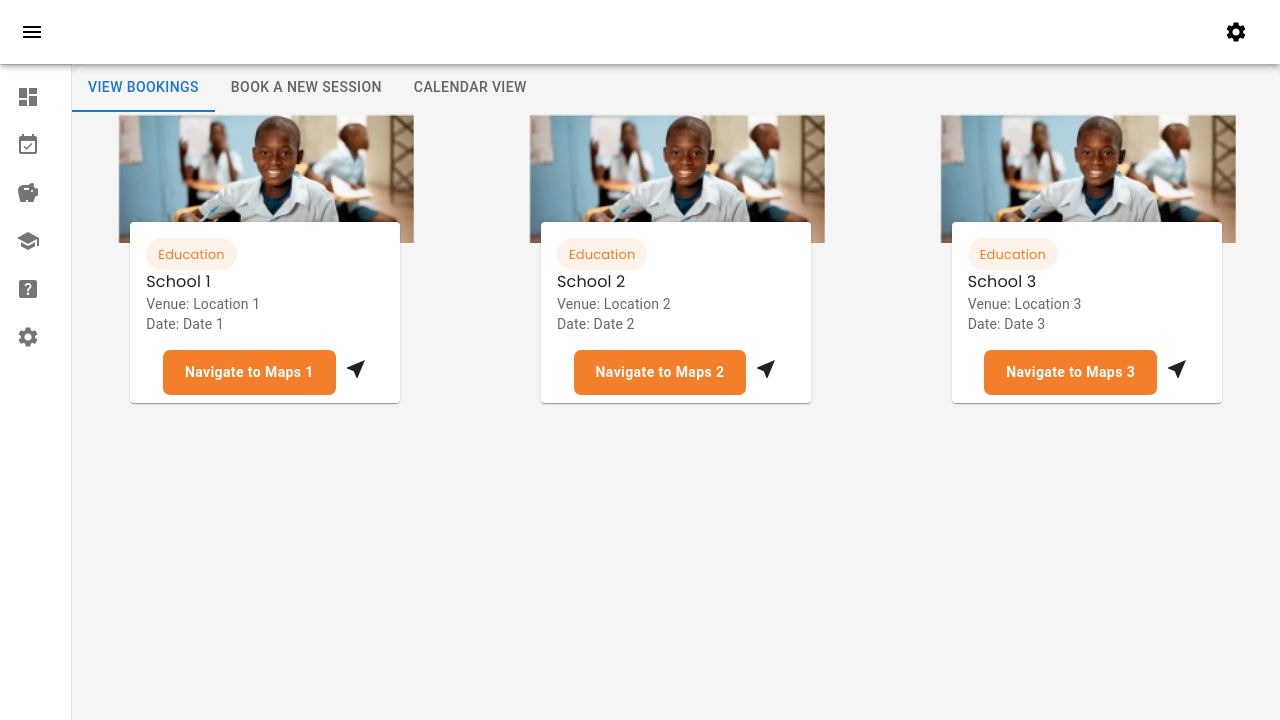
Repository: shubhampirate/Google_Solutions_Edural
Page: /bookings
An editor plug-in stored every save of this project. The page is shown before and after the next save, followed by the edit.
The browser window is 1280 px wide. The pictures show the whole page.
An inner scrolling area shows only its first screen. The project was rebuilt for these pictures with package versions that can differ from the ones it lists, and the page was loaded fresh each time. Some packages were replaced by stand-ins written for this rebuild. Also part of the build but not shown: src/Components/Navbar.jsx, src/Components/Footer.jsx, src/Components/CongratsCard.jsx, src/pages/Hero/Hero.jsx, src/pages/Dashboard/Dashboard.jsx, src/pages/Sign_in.jsx, src/pages/Bookings/LicenseCard.jsx.

Above is the page before, as saved 2024-02-04 18:33:39.

### src/index.js
import React from "react";
import ReactDOM from "react-dom/client";
import "./index.css";
import { GoogleOAuthProvider } from '@react-oauth/google';
import App from "./App";
import { BrowserRouter } from "react-router-dom";
const root = ReactDOM.createRoot(
    document.getElementById("root"));
root.render(
    <BrowserRouter>
<GoogleOAuthProvider clientId="730379698185-cv7a59sok9sod43v04ee6g6pt4gtaea2.apps.googleusercontent.com">
        {/* <React.StrictMode> */}
            <App />
        {/* </React.StrictMode> */}
    </GoogleOAuthProvider>
    </BrowserRouter>

);

### src/App.jsx
import Hero from "./pages/Hero/Hero";
import Dashboard from "./pages/Dashboard/Dashboard";
import Layout from "./Components/layout";
import SignIn from "./pages/Sign_in";
import Booking from "./pages/Bookings/bookings"
import {useState} from "react";
import { Route, Routes } from "react-router-dom";
function App() {
  return (
    <>
      {/* <Hero />   */}
      {/* <SignIn /> */}
      <Routes>
        <Route path="/signin" element={<><SignIn /></>} />
        <Route path="/dashboard" element={<Layout><Dashboard /></Layout>} />
        {/* <Route path="/education" element={<><Education /></>} /> */}
        <Route path="/bookings" element={<Layout><Booking /></Layout>} />
        {/* <Route path="/profile" element={<><Profile /></>} /> */}
        {/* <Route path="/finance" element={<><Finance /></>} /> */}
        {/* <Route path="/questions" element={<><Questions /></>} /> */}
        {/* <Route path="/retireaibot" element={<><Bot /></>} /> */}
        <Route path="/" element={<><Hero /></>} />
      </Routes>
         </>
  );
}

export default App;

### src/Components/layout.jsx
import React from 'react';
import { styled, createTheme, ThemeProvider } from '@mui/material/styles';
import CssBaseline from '@mui/material/CssBaseline';
import MuiDrawer from '@mui/material/Drawer';
import Box from '@mui/material/Box';
import MuiAppBar from '@mui/material/AppBar';
import Toolbar from '@mui/material/Toolbar';
import IconButton from '@mui/material/IconButton';
import MenuIcon from '@mui/icons-material/Menu';
import ChevronLeftIcon from '@mui/icons-material/ChevronLeft';
import { mainListItems } from './listItems';
import { List } from '@mui/material';
import Divider from '@mui/material/Divider';
import Badge from '@mui/material/Badge';
// import NotificationsIcon from '@mui/icons-material/Notifications';
import Typography from '@mui/material/Typography';
import SettingsIcon from '@mui/icons-material/Settings';
const drawerWidth = 240;

const AppBar = styled(MuiAppBar, {
  shouldForwardProp: (prop) => prop !== 'open',
})(({ theme, open }) => ({
  zIndex: theme.zIndex.drawer + 1,
  transition: theme.transitions.create(['width', 'margin'], {
    easing: theme.transitions.easing.sharp,
    duration: theme.transitions.duration.leavingScreen,
  }),
  ...(open && {
    marginLeft: drawerWidth,
    width: `calc(100% - ${drawerWidth}px)`,
    transition: theme.transitions.create(['width', 'margin'], {
      easing: theme.transitions.easing.sharp,
      duration: theme.transitions.duration.enteringScreen,
    }),
  }),
  backgroundColor: 'white', // Set background color to white
  color: 'black',
}));

const Drawer = styled(MuiDrawer, { shouldForwardProp: (prop) => prop !== 'open' })(
  ({ theme, open }) => ({
    '& .MuiDrawer-paper': {
      position: 'relative',
      whiteSpace: 'nowrap',
      width: drawerWidth,
      transition: theme.transitions.create('width', {
        easing: theme.transitions.easing.sharp,
        duration: theme.transitions.duration.enteringScreen,
      }),
      boxSizing: 'border-box',
      ...(!open && {
        overflowX: 'hidden',
        transition: theme.transitions.create('width', {
          easing: theme.transitions.easing.sharp,
          duration: theme.transitions.duration.leavingScreen,
        }),
        width: theme.spacing(7),
        [theme.breakpoints.up('sm')]: {
          width: theme.spacing(9),
        },
      }),
    },
  }),
);

const defaultTheme = createTheme();

const Layout = ({ children }) => {
  const [open, setOpen] = React.useState(false);

  const toggleDrawer = () => {
    setOpen(!open);
  };

  return (
    <ThemeProvider theme={defaultTheme}>
      <Box sx={{ display: 'flex' }}>
        <CssBaseline />
        <AppBar position="absolute" open={open}
        //  sx={{
        //         backgroundColor:
        //         // "rgba(244, 127, 42, 0.04)",
        //         (theme) =>
        //         theme.palette.mode === 'light'
        //             ? theme.palette.grey[100]
        //             : theme.palette.grey[900]}}
                    >
          <Toolbar
            sx={{
              pr: '24px', // keep right padding when drawer closed
            }}
          >
            <IconButton
              edge="start"
              color="inherit"
              aria-label="open drawer"
              onClick={toggleDrawer}
              sx={{
                marginRight: '36px',
                ...(open && { display: 'none' }),
              }}
            >
              <MenuIcon />
            </IconButton>
            <Typography
              component="h1"
              variant="h6"
              color="inherit"
              noWrap
              sx={{ flexGrow: 1 }}
            >
              {/* Dashboard */}
            </Typography>
            <IconButton color="inherit">
              {/* <Badge badgeContent={4} color="secondary"> */}
                <SettingsIcon />
              {/* </Badge> */}
            </IconButton>

          </Toolbar>
        </AppBar>
        <Drawer variant="permanent" open={open}>
          <Toolbar
            sx={{
              display: 'flex',
              alignItems: 'center',
              justifyContent: 'flex-end',
              px: [1],
            }}
          >
            <IconButton onClick={toggleDrawer}>
              <ChevronLeftIcon />
            </IconButton>
          </Toolbar>
          <Divider />
            <List component="nav">
                {mainListItems}
            </List>
        </Drawer>
        <Box
          component="main"
          sx={{
            backgroundColor: (theme) =>
              theme.palette.mode === 'light'
                ? theme.palette.grey[100]
                : theme.palette.grey[900],
            flexGrow: 1,
            height: '100vh',
            overflow: 'auto',
          }}
        >
          <Toolbar />
          {/* Content of individual pages */}
          {children}
        </Box>
      </Box>
    </ThemeProvider>
  );
};

export default Layout;

### src/pages/Bookings/bookings.jsx
import React, { useState, useEffect } from 'react';
import { styled, createTheme, ThemeProvider } from '@mui/material/styles';
import CssBaseline from '@mui/material/CssBaseline';
import Box from '@mui/material/Box';
import Tabs from '@mui/material/Tabs';
import Tab from '@mui/material/Tab';
import Card from '@mui/material/Card';
import CardContent from '@mui/material/CardContent';
import Typography from '@mui/material/Typography';
import GoogleMapReact from 'google-map-react'; // Install with npm/yarn
import FullCalendar from '@fullcalendar/react'; // Install with npm/yarn
import dayGridPlugin from '@fullcalendar/daygrid'; // Install with npm/yarn
import LicenseCard from './LicenseCard';
import { CardActions, Button } from '@mui/material';
import Chip from '@mui/material/Chip';
import CustomButton from '../../Components/CustomButton';
import heroImg from "../../media/img_1.jpeg";
import NorthEastIcon from '@mui/icons-material/NorthEast';
import NearMeIcon from '@mui/icons-material/NearMe';
import { Grid } from '@mui/material';
const defaultTheme = createTheme();

const ImageCard = ({ imageSrc, schoolName, venue, date, chipLabel, chipColor, buttonText }) => {
  return (
    <Box position="relative" maxWidth="300px" margin="auto" marginBottom="2rem">
      <img
        src={imageSrc}
        alt="card-background"
        style={{
          width: '100%',
          height: '60%',
          objectFit: 'cover',
        }}
      />
      <Card
        sx={{
          position: 'absolute',
          top: '80%', // Start from around 20% from the top
          left: '5%', // Adjust as needed
          right: '5%', // Adjust as needed
          backgroundColor: (theme) => theme.palette.background.paper,
          opacity: 1,
          overflow: 'auto',
        }}
      >
        <CardContent>
          <Chip
            size="sm"
            variant="soft"
            label={chipLabel}
            sx={{ backgroundColor: chipColor, color: '#F47F2A', marginRight: '8px' }}
          />
          <br />
          <Typography variant="h7" gutterBottom>
            {schoolName}
          </Typography>
          <Typography variant="body2" color="text.secondary">
            Venue: {venue}
          </Typography>
          <Typography variant="body2" color="text.secondary">
            Date: {date}
          </Typography>
        </CardContent>
        <Box sx={{ display: 'flex-between', alignItems: 'center', justifyContent: 'center', marginBottom: '8px' }}>
          <CustomButton backgroundColor="#F47F2A" color="#fff" buttonText={buttonText} heroBtn={true} />
          <NearMeIcon sx={{ marginLeft: '8px' }} />
        </Box>
      </Card>
    </Box>
  );
};


const calendarEvents = [
  { id: 1, title: 'Event 1', start: '2024-02-10', end: '2024-02-12' },
  { id: 2, title: 'Event 2', start: '2024-02-15', end: '2024-02-18' },
  // Add more calendar event data as needed
];

const AnyReactComponent = ({ text }) => <div>{text}</div>;

export default function Booking() {
  const [tabValue, setTabValue] = useState(0);

  const handleChangeTab = (event, newValue) => {
    setTabValue(newValue);
  };

  return (
    <ThemeProvider theme={defaultTheme}>
      <Box sx={{ display: 'flex', borderRadius: '16px', overflow: 'hidden', boxShadow: '0px 0px 10px rgba(0, 0, 0, 0.1)' }}>
        <CssBaseline />
        <Box
          component="main"
          sx={{
            backgroundColor: (theme) =>
              theme.palette.mode === 'light'
                ? theme.palette.grey[100]
                : theme.palette.grey[900],
            flexGrow: 1,
            height: '100vh',
            overflow: 'hidden',
          }}
        >
          <Tabs value={tabValue} onChange={handleChangeTab}>
            <Tab label="View Bookings" />
            <Tab label="Book a New Session" />
            <Tab label="Calendar View" />
          </Tabs>

          {tabValue === 0 && (
            <Grid container spacing={3}>
            <Grid item xs={12} sm={6} md={4} lg={4}>
              <ImageCard
                imageSrc={heroImg}
                schoolName="School 1"
                venue="Location 1"
                date="Date 1"
                chipLabel="Education"
                chipColor="rgba(244, 127, 42, 0.1)"
                buttonText="Navigate to Maps 1"
              />
            </Grid>
            <Grid item xs={12} sm={6} md={4} lg={4}>
              <ImageCard
                imageSrc={heroImg}
                schoolName="School 2"
                venue="Location 2"
                date="Date 2"
                chipLabel="Education"
                chipColor="rgba(244, 127, 42, 0.1)"
                buttonText="Navigate to Maps 2"
              />
            </Grid>
            <Grid item xs={12} sm={6} md={4} lg={4}>
              <ImageCard
                imageSrc={heroImg}
                schoolName="School 3"
                venue="Location 3"
                date="Date 3"
                chipLabel="Education"
                chipColor="rgba(244, 127, 42, 0.1)"
                buttonText="Navigate to Maps 3"
              />
            </Grid>
            {/* Add more Grid items for additional cards */}
          </Grid>
//              <Box position="relative" maxWidth="300px" margin="auto" marginBottom="2rem">
//              <img
//                src={heroImg}
//                alt="card-background"
//                style={{
//                  width: '100%',
//                  height: '60%',
//                  objectFit: 'cover',
//                }}
//              />
//              <Card
//                sx={{
//                  position: 'absolute',
//                  top: '80%', // Start from around 20% from the top
//                  left: '5%', // Adjust as needed
//                  right: '5%', // Adjust as needed
//                  backgroundColor: (theme) => theme.palette.background.paper,
//                  opacity: 1,

//                 //  minHeight:  , // Adjust as needed
//                  overflow: 'auto',
//                }}
//              >
//                <CardContent>
//                <Chip
//   size="sm"
//   variant="soft"
//   label="Education"
//   sx={{ backgroundColor: 'rgba(244, 127, 42, 0.1)', color: '#F47F2A', marginRight: '8px' }}
// />
//            <br />
//            <Typography variant="h7" gutterBottom>
//            Swami Vivekanand School
//             </Typography>

//           <Typography variant="body2" color="text.secondary">
//           Venue : Palghar, Mumbai, India
//           </Typography>
//           <Typography variant="body2" color="text.secondary">
//           Date : 29th February 2024
//           </Typography>
//                </CardContent>
//         <Box sx={{ display: 'flex-between', alignItems: 'center',justifyContent: 'center', marginBottom : '8px' }}>
//             <CustomButton backgroundColor="#F47F2A" color="#fff" buttonText="Navigate to Maps" heroBtn={true} />
//             <NearMeIcon sx={{ marginLeft: '8px' }} />
//           </Box>

//              </Card>
//            </Box>
          )}

          {tabValue === 1 && (
            <Box>
              {/* Book a New Session Content */}
              {/* Use Google Maps component to search for schools */}
              <GoogleMapReact
                bootstrapURLKeys={{ key: 'YOUR_GOOGLE_MAPS_API_KEY' }}
                defaultCenter={{ lat: 37.7749, lng: -122.4194 }}
                defaultZoom={10}
              >
                <AnyReactComponent lat={37.7749} lng={-122.4194} text="Your Location" />
              </GoogleMapReact>
            </Box>
          )}

          {tabValue === 2 && (
             <Box>
             {/* Calendar View Content */}
             {/* <FullCalendar
               plugins={[dayGridPlugin]}
               initialView="dayGridMonth"
               events={calendarEvents}
             /> */}
           </Box>          )}
        </Box>
      </Box>
    </ThemeProvider>
  );
}

### src/Components/CustomButton.jsx
import { Button, styled } from "@mui/material";
import React from "react";

const CustomButton = ({
  backgroundColor,
  color,
  buttonText,
  heroBtn,
  guideBtn,
  getStartedBtn,
}) => {
  const CustomButton = styled(Button)(({ theme }) => ({
    backgroundColor: backgroundColor,
    color: color,
    fontWeight: "700",
    fontSize: "14px",
    cursor: "pointer",
    padding: "0.5rem 1.25rem",
    borderRadius: "7px",
    textTransform: "none",
    display: "block",
    border: "2px solid transparent",
    "&:hover": {
      backgroundColor: color,
      color: backgroundColor,
      borderColor: backgroundColor,
    },
    [theme.breakpoints.down("md")]: {
      margin: (heroBtn || getStartedBtn) && theme.spacing(0, "auto", 3, "auto"),
      width: (heroBtn || getStartedBtn) && "90%",
    },
    [theme.breakpoints.down("sm")]: {
      marginTop: guideBtn && theme.spacing(3),
      width: guideBtn && "90%",
    },
  }));

  return <CustomButton>{buttonText}</CustomButton>;
};

export default CustomButton;

### src/Components/listItems.jsx
import * as React from 'react';
import ListItemButton from '@mui/material/ListItemButton';
import ListItemIcon from '@mui/material/ListItemIcon';
import ListItemText from '@mui/material/ListItemText';
import DashboardIcon from '@mui/icons-material/Dashboard';
import MedicalInformationIcon from '@mui/icons-material/MedicalInformation';
import SavingsIcon from '@mui/icons-material/Savings';
import SchoolIcon from '@mui/icons-material/School';
import HelpCenterIcon from '@mui/icons-material/HelpCenter';
import SettingsIcon from '@mui/icons-material/Settings';
import SmartToyIcon from '@mui/icons-material/SmartToy';
import { Link } from 'react-router-dom';
// import GoogleTranslateComponent from './GoogleTranslateComponent';
import EventAvailableIcon from '@mui/icons-material/EventAvailable';

export const mainListItems = (
  <>
    <React.Fragment>
      <Link to="/dashboard" style={{ textDecoration: "none", color: "black" }}>
        <ListItemButton>
          <ListItemIcon>
            <DashboardIcon />
          </ListItemIcon>
          <ListItemText primary="Dashboard" />
        </ListItemButton>
      </Link>
      <Link to="/bookings" style={{ textDecoration: "none", color: "black" }}>
        <ListItemButton>
          <ListItemIcon>
            <EventAvailableIcon />
          </ListItemIcon>
          <ListItemText primary="Bookings" />
        </ListItemButton>
      </Link>
      <Link to="/donation" style={{ textDecoration: "none", color: "black" }}>
        <ListItemButton>
          <ListItemIcon>
            <SavingsIcon />
          </ListItemIcon>
          <ListItemText primary="Donation" />
        </ListItemButton>
      </Link>
      <Link to="/education" style={{ textDecoration: "none", color: "black" }}>
        <ListItemButton>
          <ListItemIcon>
            <SchoolIcon />
          </ListItemIcon>
          <ListItemText primary="Educational Test" />
        </ListItemButton>
      </Link>
      <Link to="/questions" style={{ textDecoration: "none", color: "black" }}>
        <ListItemButton>
          <ListItemIcon>
            <HelpCenterIcon />
          </ListItemIcon>
          <ListItemText primary="FAQ" />
        </ListItemButton>
      </Link>
      <Link to="/profile" style={{ textDecoration: "none", color: "black" }}>
        <ListItemButton>
          <ListItemIcon>
            <SettingsIcon />
          </ListItemIcon>
          <ListItemText primary="Profile" />
        </ListItemButton>
      </Link>
      {/* <Link to="/retireaibot" style={{ textDecoration: "none", color: "black" }}>
        <ListItemButton>
          <ListItemIcon>
            <SmartToyIcon />
          </ListItemIcon>
          <ListItemText primary="Retire AI Bot" />
        </ListItemButton>
      </Link> */}
    </React.Fragment >
  </>
);

Loaded but not shown: public/index.html (common file); src/index.css (common file)

After the next save:
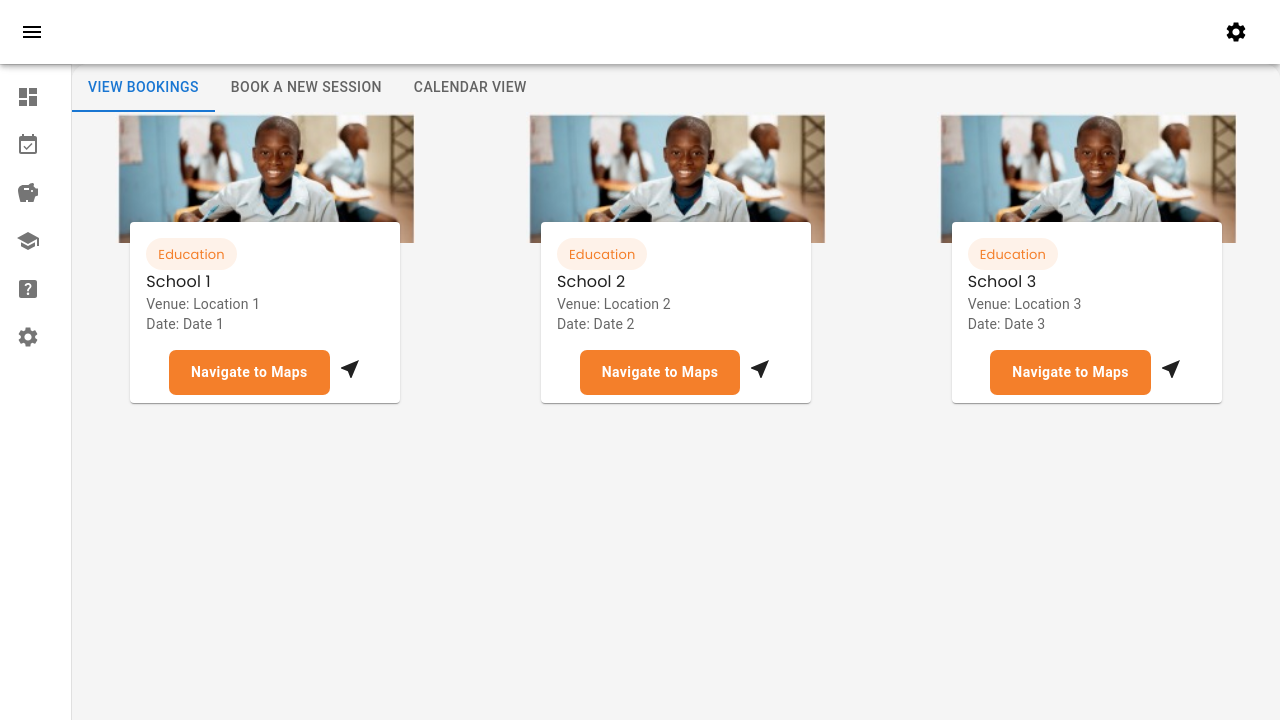
Saved 29 s later.
--- a/src/pages/Bookings/bookings.jsx
+++ b/src/pages/Bookings/bookings.jsx
@@ -118,7 +118,7 @@ export default function Booking() {
                 date="Date 1"
                 chipLabel="Education"
                 chipColor="rgba(244, 127, 42, 0.1)"
-                buttonText="Navigate to Maps 1"
+                buttonText="Navigate to Maps"
               />
             </Grid>
             <Grid item xs={12} sm={6} md={4} lg={4}>
@@ -129,7 +129,7 @@ export default function Booking() {
                 date="Date 2"
                 chipLabel="Education"
                 chipColor="rgba(244, 127, 42, 0.1)"
-                buttonText="Navigate to Maps 2"
+                buttonText="Navigate to Maps"
               />
             </Grid>
             <Grid item xs={12} sm={6} md={4} lg={4}>
@@ -140,7 +140,7 @@ export default function Booking() {
                 date="Date 3"
                 chipLabel="Education"
                 chipColor="rgba(244, 127, 42, 0.1)"
-                buttonText="Navigate to Maps 3"
+                buttonText="Navigate to Maps"
               />
             </Grid>
             {/* Add more Grid items for additional cards */}
